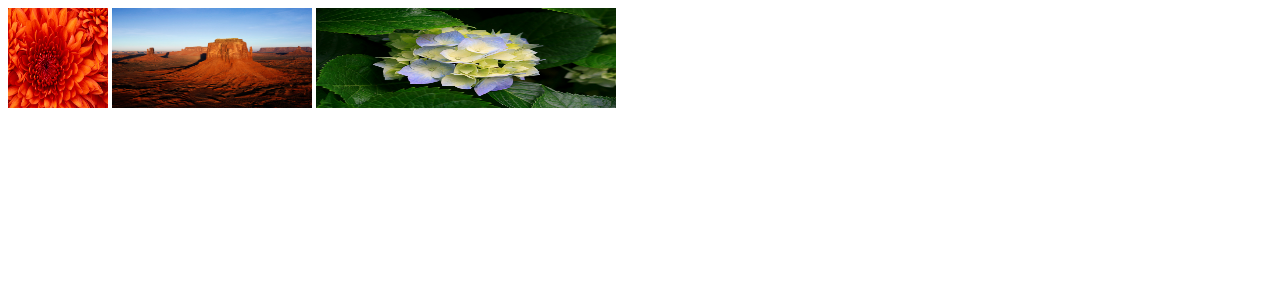
Repository: kdg0109/multicampus_course
Page: web course/workspace_web/edu/WebContent/jqexam/domedit/exam6.html
The author's editor kept a copy of each file at every save. The page is drawn from the files as they stood at one save, then again after the next save.
The browser window is 1280 px wide. The pictures show the whole page.
Some web libraries are served in a nearby version.

Above is the page before, as saved 2018-02-02 04:35:16.

### web course/workspace_web/edu/WebContent/jqexam/domedit/exam6.html
<!DOCTYPE html>
<html>
<head>
    <script src="http://code.jquery.com/jquery-2.1.3.min.js"></script>
    <script>
           $(document).ready(function () {
                $('img').attr(
                	{
                   	 width: function (index) { return (index + 1) * 100; },
                   	 height: 100
                	}
                );
            });
    </script>
</head>
<body>
    <img src="Chrysanthemum.jpg"/>
    <img src="Desert.jpg"/>
    <img src="Hydrangeas.jpg"/>
</body>
</html>

After the next save:
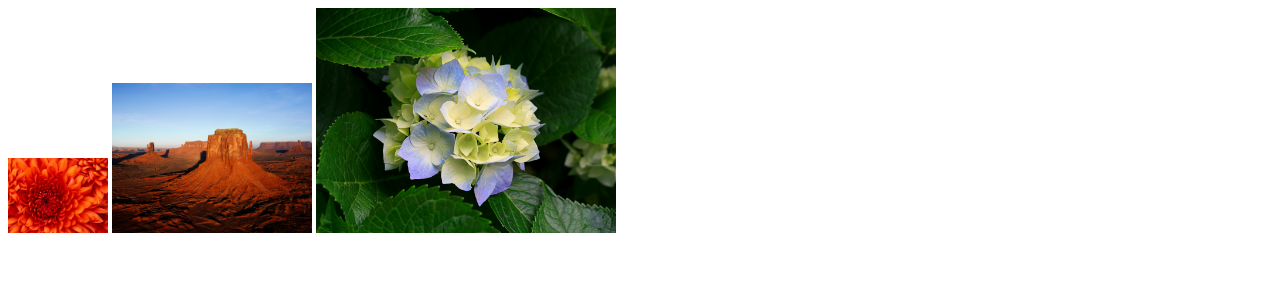
Saved 28 s later.
--- a/web course/workspace_web/edu/WebContent/jqexam/domedit/exam6.html
+++ b/web course/workspace_web/edu/WebContent/jqexam/domedit/exam6.html
@@ -7,7 +7,7 @@
                 $('img').attr(
                 	{
                    	 width: function (index) { return (index + 1) * 100; },
-                   	 height: 100
+                   	 heigh1t: 100
                 	}
                 );
             });

After the save that followed:
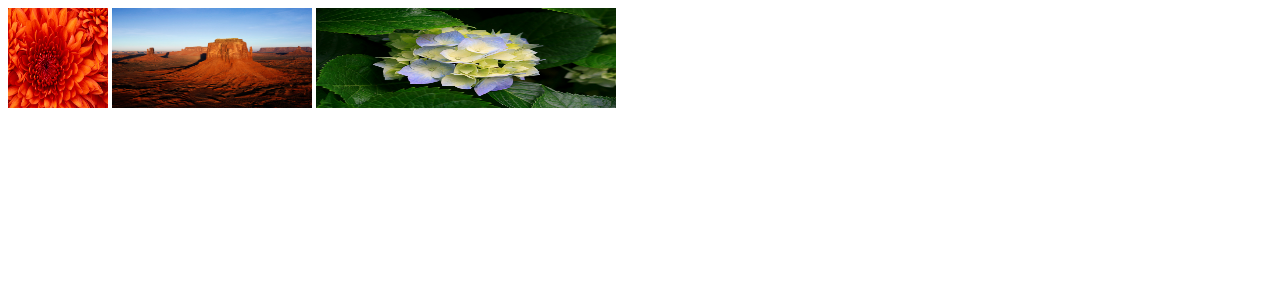
Saved 4 s later.
--- a/web course/workspace_web/edu/WebContent/jqexam/domedit/exam6.html
+++ b/web course/workspace_web/edu/WebContent/jqexam/domedit/exam6.html
@@ -7,7 +7,7 @@
                 $('img').attr(
                 	{
                    	 width: function (index) { return (index + 1) * 100; },
-                   	 heigh1t: 100
+                   	 height: 100
                 	}
                 );
             });
